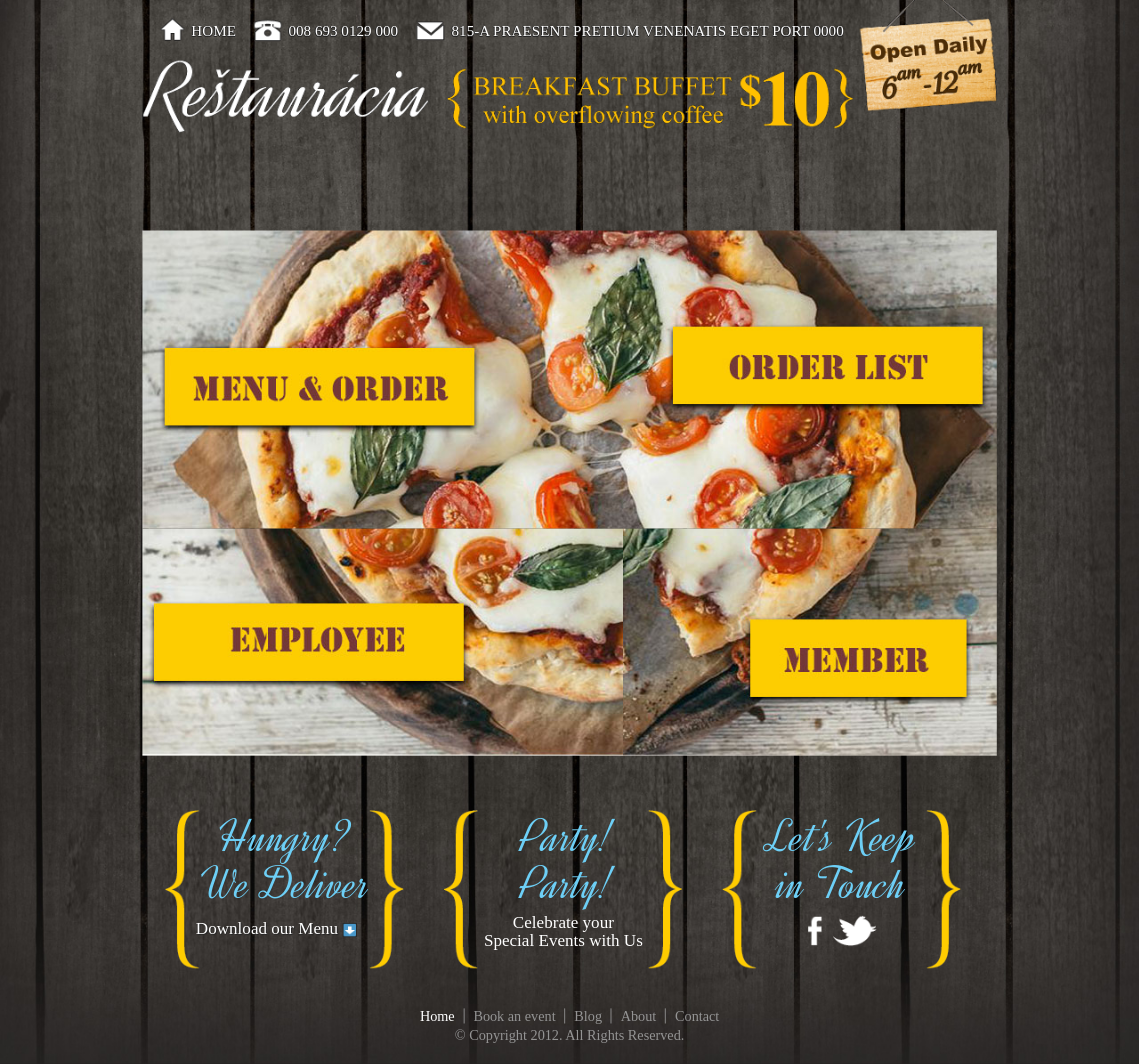
Repository: WarapornPum/OoadProject
Page: http://localhost/PizzaOrderSystem/Home.jsp
An editor plug-in stored every save of this project. The page is shown before and after the next save, followed by the edit.
The browser window is 1280 px wide. The pictures show the whole page, at 89% of full size.
The page is served by Tomcat 9.

Above is the page before, as saved 2019-02-16 10:52:27.

After the next save:
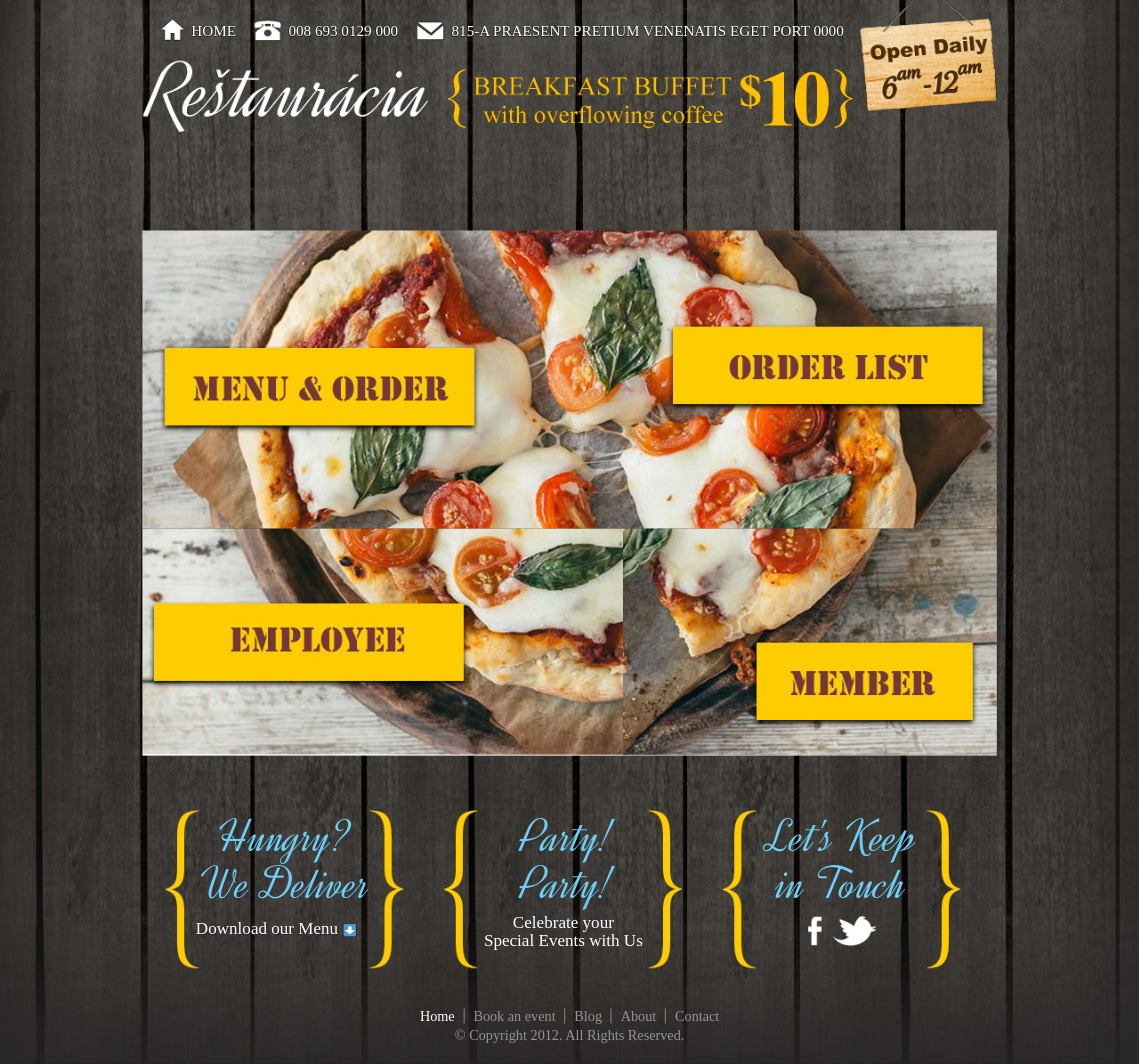
Saved 20 min 35 s later.
--- a/PizzaOrderSystem/WebContent/css/style.css
+++ b/PizzaOrderSystem/WebContent/css/style.css
@@ -184,12 +184,12 @@ body {
 }
 
 #featured li.desserts a {
-	background: url(../images/member.jpg) no-repeat 0 0;
+	background: url(../images/member_1.jpg) no-repeat 0 0;
 	height: 255px;
 	width: 420px;
 }
 #featured li.desserts a:hover {
-	background: url(../images/member_hover.jpg) no-repeat 0 0;
+	background: url(../images/member_1_hover.jpg) no-repeat 0 0;
 }
 
 #contents {
